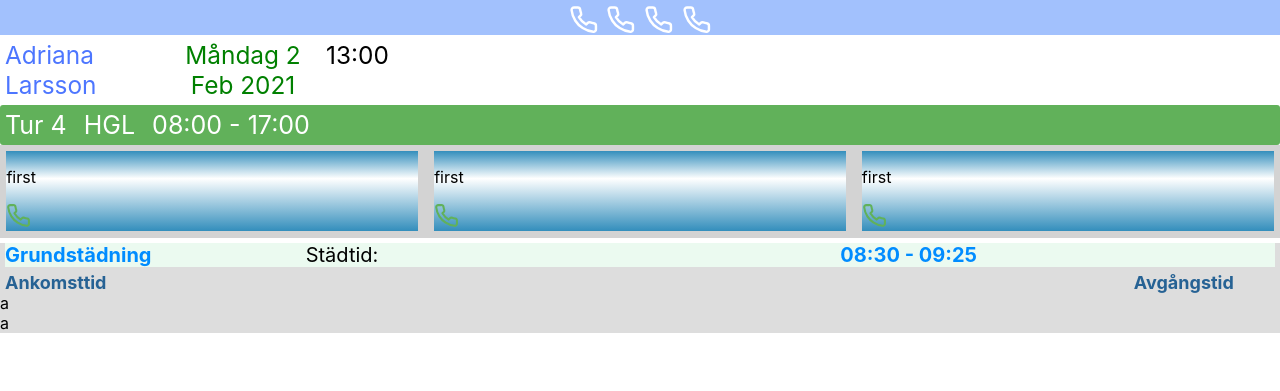
Repository: AdrianaLarsson/learning-react-adriana
Page: /
The author's editor kept a copy of each file at every save. The page is drawn from the files as they stood at one save, then again after a run of saves.
The browser window is 1280 px wide. The pictures show the whole page.
The project was rebuilt for these pictures with package versions that can differ from the ones it lists, and the page was loaded fresh each time. Also part of the build but not shown: src/components/pixiLearn/pixi-learning.js, src/components/pixiLearn/reactTimline/timelinegant.js.

Above is the page before, as saved 2021-02-18 09:55:16.

After the next 5 saves:
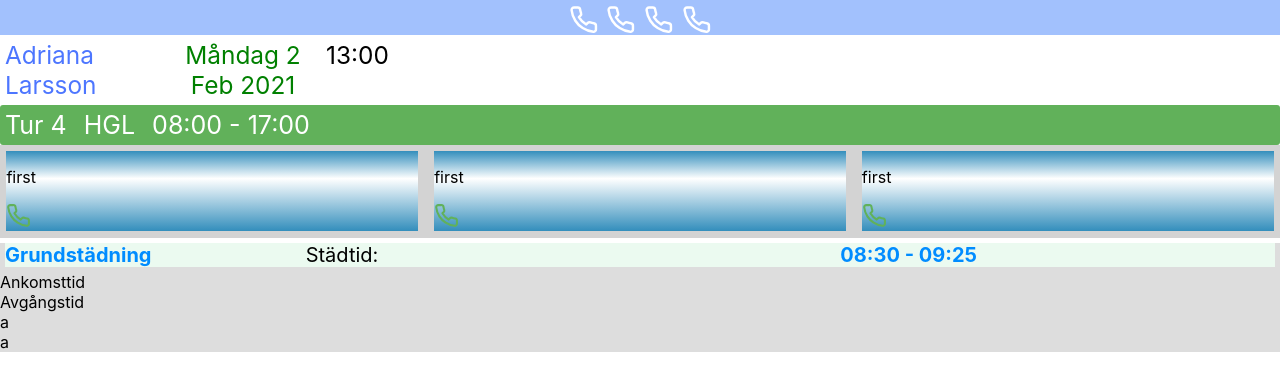
The 5 saves are shown as one change because they came seconds apart.
The last was saved 17 s later.
--- a/src/components/pixiLearn/waypoint-mobile/trainsinfo.js
+++ b/src/components/pixiLearn/waypoint-mobile/trainsinfo.js
@@ -15,8 +15,8 @@ function trainsinfo() {
     <Col className="cleantimestartend"> 08:30 - 09:25</Col>
   </Row>
   <Row className="traininfodeparr">
-      <Col className="arrivaltime">Ankomsttid </Col>
-      <Col className="departuretime">Avgångstid </Col>
+      <Col className="arrivaltimetitle">Ankomsttid </Col>
+      <Col className="departuretimetitle">Avgångstid </Col>
       <Col className="">a </Col>
       <Col className="">a </Col>
   </Row>
